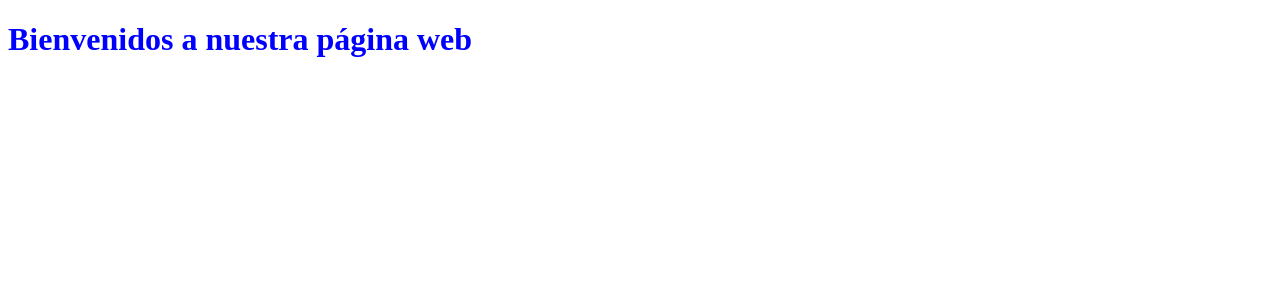
Repository: Pablosky971/Ejercicio-4.-Proyecto-Web
Page: 01_Web/src/main/webapp/index.html
The author's editor kept a copy of each file at every save. The page is drawn from the files as they stood at one save, then again after the next save.
The browser window is 1280 px wide. The pictures show the whole page.

Above is the page before, as saved 2022-03-09 11:30:03.

### 01_Web/src/main/webapp/index.html
<!DOCTYPE html>
<html>
<head>
	<meta charset="UTF-8">
	<title>¡Bienvenido!</title>
</head>
<body>
	<h1 style="color: blue"> Bienvenidos a nuestra página web</h1>
</body>
</html>

After the next save:
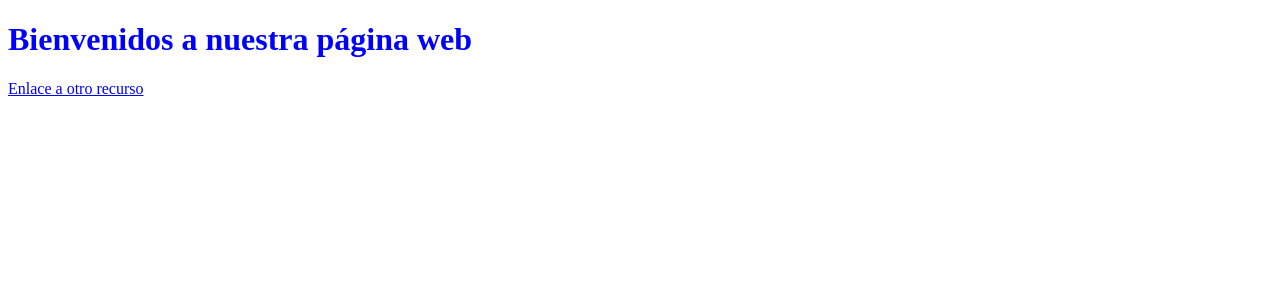
Saved 64 s later.
--- a/01_Web/src/main/webapp/index.html
+++ b/01_Web/src/main/webapp/index.html
@@ -6,5 +6,6 @@
 </head>
 <body>
 	<h1 style="color: blue"> Bienvenidos a nuestra página web</h1>
+	<a href="otroRecurso.html">Enlace a otro recurso</a>
 </body>
 </html>
